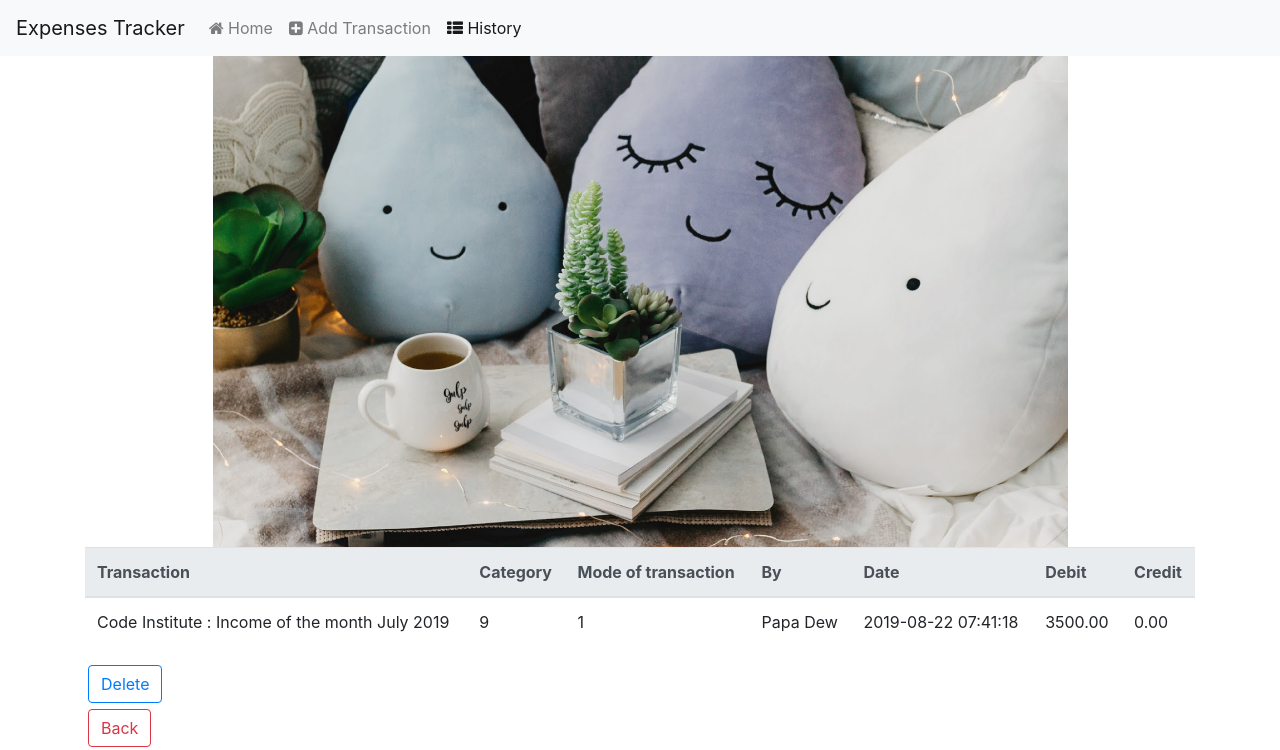
Repository: yucheng91/CI3-expenses-manager
Page: http://localhost/view-all/delete/1
The author's editor kept a record of every edit. The page is drawn from the files as they stood at one moment, then again after the next edit.
The browser window is 1280 px wide. The pictures show the whole page.
The page is served by the project's application, run on Flask 3 (app.py). The database holds what the project's SQL file puts in it.

Above is the page before.

After the next edit:
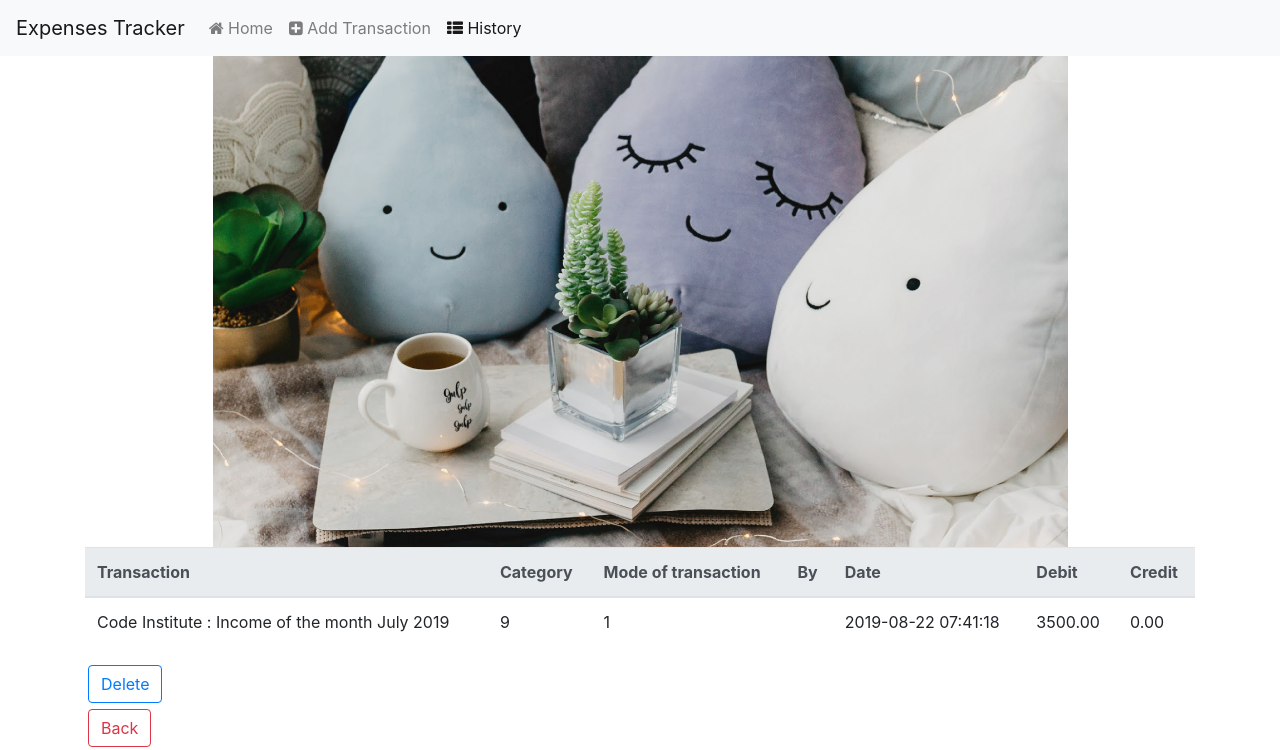
The edit:
--- a/templates/delete_transaction.html
+++ b/templates/delete_transaction.html
@@ -64,7 +64,7 @@
                 {{ transaction['accountid'] }}
                 </td>
                 <td scope="row">
-                {{ transaction['aname'] }}
+                {{ transaction[''] }}
                 </td>
                 <td scope="row">
                 {{ transaction['createdAt']}}
